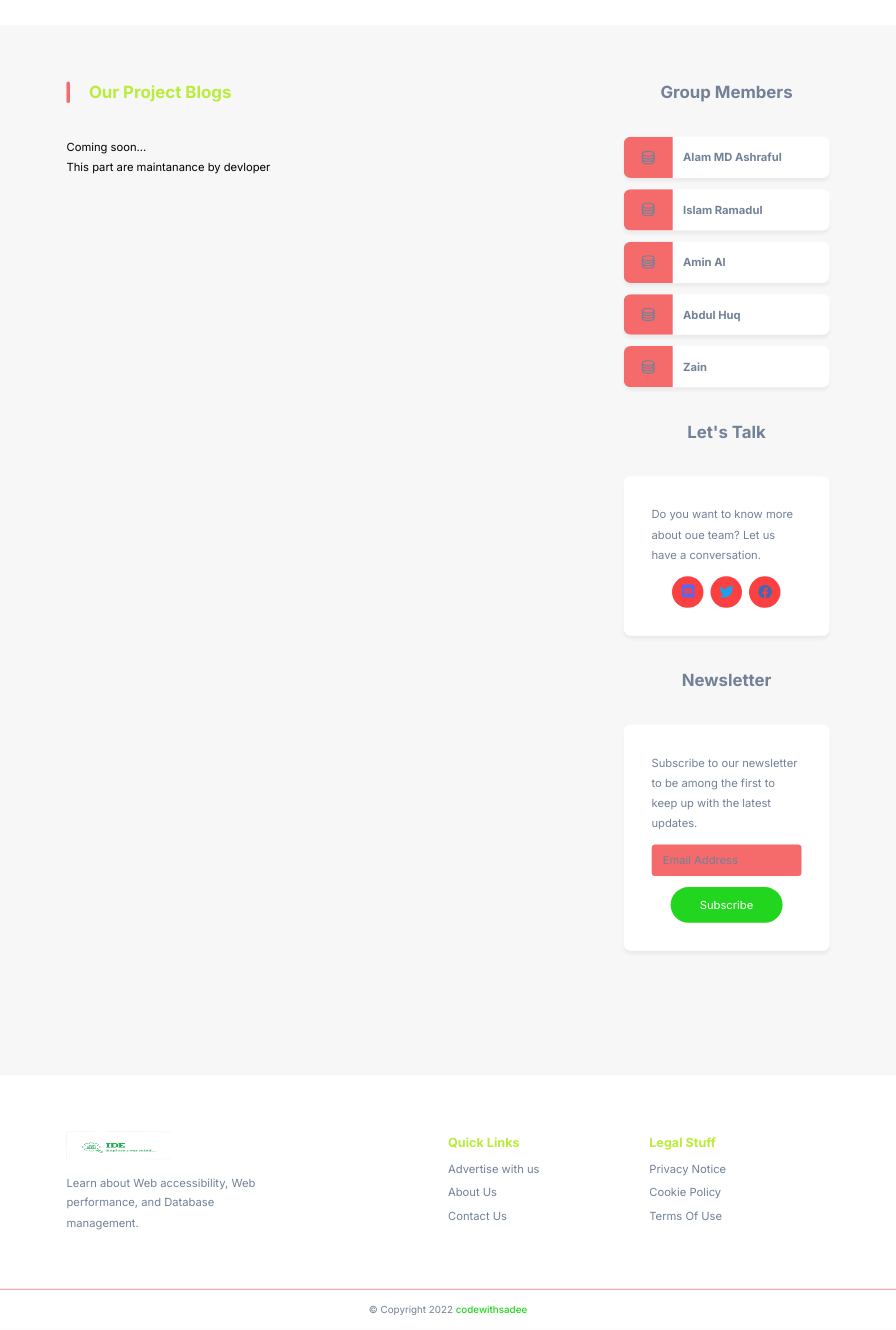
Repository: ramizraaz/zjuTeam
Page: main.html
An editor plug-in stored every save of this project. The page is shown before and after the next save, followed by the edit.
The browser window is 1280 px wide. The pictures show the part of the page from y = 515 to 2435 px (the page is 2415 px tall before and 2435 px after), at 70% of full size.
A picture or video elsewhere on the page could not be fetched, so the positions and the page height are approximate.

Above is the page before, as saved 2023-10-09 02:31:00.

### main.html
<!DOCTYPE html>
<html lang="en">

<head>
    <meta charset="UTF-8">
    <meta http-equiv="X-UA-Compatible" content="IE=edge">
    <meta name="viewport" content="width=device-width, initial-scale=1.0">
    <title>Team IDE at Zju,NB</title>

    <!--
    - favicon
  -->
    <link rel="shortcut icon" href="./assets/images/favicon.ico" type="image/x-icon">

    <!--
    - custom css link
  -->
    <link rel="stylesheet" href="main.css">

    <!--
    - google font link
  -->
    <link rel="preconnect" href="https://fonts.googleapis.com">
    <link rel="preconnect" href="https://fonts.gstatic.com" crossorigin>
    <link href="https://fonts.googleapis.com/css2?family=Inter:wght@400;500;600;700;900&display=swap" rel="stylesheet">
</head>

<body class="light-theme">

    <!--
    - #HEADER
  -->

    <header>

        <div class="container">

            <nav class="navbar">

                <a href="#">
                    <img src="img/teamLogo.png" alt="Team LoGo" width="150" height="80" class="logo-light">
                    <img src="./assets/images/logo-dark.svg" alt="Devblog's logo" width="150" height="40" class="logo-dark">
                </a>

                <div class="btn-group">

                    <button class="theme-btn theme-btn-mobile light">
            <ion-icon name="moon" class="moon"></ion-icon>
            <ion-icon name="sunny" class="sun"></ion-icon>
          </button>

                    <button class="nav-menu-btn">
            <ion-icon name="menu-outline"></ion-icon>
          </button>

                </div>

                <div class="flex-wrapper">

                    <ul class="desktop-nav">

                        <li>
                            <a href="#" class="nav-link">Home</a>
                        </li>

                        <li>
                            <a href="#" class="nav-link">About US</a>
                        </li>

                        <li>
                            <a href="#" class="nav-link">Contact US</a>
                        </li>

                    </ul>

                    <button class="theme-btn theme-btn-desktop light">
            <ion-icon name="moon" class="moon"></ion-icon>
            <ion-icon name="sunny" class="sun"></ion-icon>
          </button>

                </div>

                <div class="mobile-nav">

                    <button class="nav-close-btn">
            <ion-icon name="close-outline"></ion-icon>
          </button>

                    <div class="wrapper">

                        <p class="h3 nav-title">Main Menu</p>

                        <ul>
                            <li class="nav-item">
                                <a href="#" class="nav-link">Home</a>
                            </li>

                            <li class="nav-item">
                                <a href="#" class="nav-link">About Me</a>
                            </li>

                            <li class="nav-item">
                                <a href="#" class="nav-link">Contact</a>
                            </li>
                        </ul>

                    </div>
                </div>

            </nav>

        </div>

    </header>





    <main>

        <!--
      - #HERO SECTION
    -->

        <div class="hero">

            <div class="container">

                <div class="left">

                    <h1 class="h1">
                        Hi, We're <b>IDE&nbsp;Team</b>.
                        <br>at Zju,NB
                    </h1>

                    <p class="h3">
                        Your problems <abbr title="Accessibility">is</abbr> our opportunity
                    </p>

                    <div class="btn-group">
                        <a href="#" class="btn btn-primary">Contact us</a>
                        <a href="#" class="btn btn-secondary">About us</a>
                    </div>

                </div>

                <div class="right">

                    <div class="pattern-bg"></div>
                    <div class="img-box">
                        <img src="img/teamPhoto.jpg" alt="Group Photo" class="hero-img">
                    </div>

                </div>

            </div>

        </div>





        <div class="main">

            <div class="container">

                <!--
          - BLOG SECTION
        -->

                <div class="blog">

                    <h2 class="h2">Our Project Blogs</h2>
                    <p>Coming soon... <br> This part are maintanance by devloper</p>

                </div>





                <!--
          - ASIDE
        -->

                <div class="aside">

                    <div class="topics">

                        <h2 class="h2">Group Members</h2>

                        <a href="#" class="topic-btn">
                            <div class="icon-box">
                                <ion-icon name="server-outline"></ion-icon>
                            </div>

                            <p>Alam MD Ashraful</p>
                        </a>
                        <a href="#" class="topic-btn">
                            <div class="icon-box">
                                <ion-icon name="server-outline"></ion-icon>
                            </div>

                            <p>Islam Ramadul</p>
                        </a>
                        <a href="#" class="topic-btn">
                            <div class="icon-box">
                                <ion-icon name="server-outline"></ion-icon>
                            </div>

                            <p>Amin Al</p>
                        </a>
                        <a href="#" class="topic-btn">
                            <div class="icon-box">
                                <ion-icon name="server-outline"></ion-icon>
                            </div>

                            <p>Abdul Huq</p>
                        </a>
                        <a href="#" class="topic-btn">
                            <div class="icon-box">
                                <ion-icon name="server-outline"></ion-icon>
                            </div>

                            <p>Zain</p>
                        </a>

                    </div>
                    <div class="contact">

                        <h2 class="h2">Let's Talk</h2>

                        <div class="wrapper">

                            <p>
                                Do you want to know more about oue team? Let us have a conversation.
                            </p>

                            <ul class="social-link">

                                <li>
                                    <a href="#" class="icon-box discord">
                                        <ion-icon name="logo-discord"></ion-icon>
                                    </a>
                                </li>

                                <li>
                                    <a href="#" class="icon-box twitter">
                                        <ion-icon name="logo-twitter"></ion-icon>
                                    </a>
                                </li>

                                <li>
                                    <a href="#" class="icon-box facebook">
                                        <ion-icon name="logo-facebook"></ion-icon>
                                    </a>
                                </li>

                            </ul>

                        </div>

                    </div>

                    <div class="newsletter">

                        <h2 class="h2">Newsletter</h2>

                        <div class="wrapper">

                            <p>
                                Subscribe to our newsletter to be among the first to keep up with the latest updates.
                            </p>

                            <form action="#">
                                <input type="email" name="email" placeholder="Email Address" required>

                                <button type="submit" class="btn btn-primary">Subscribe</button>
                            </form>

                        </div>

                    </div>

                </div>

            </div>

        </div>

    </main>





    <!--
    - #FOOTER
  -->

    <footer>

        <div class="container">

            <div class="wrapper">

                <a href="#" class="footer-logo">
                    <img src="img/teamLogo.png" alt="Team Logo" width="150" height="40" class="logo-light">
                    <img src="img/teamLogo.png" alt="Team Logo" width="150" height="40" class="logo-dark">
                </a>

                <p class="footer-text">
                    Learn about Web accessibility, Web performance, and Database management.
                </p>

            </div>

            <div class="wrapper">

                <p class="footer-title">Quick Links</p>

                <ul>

                    <li>
                        <a href="#" class="footer-link">Advertise with us</a>
                    </li>

                    <li>
                        <a href="#" class="footer-link">About Us</a>
                    </li>

                    <li>
                        <a href="#" class="footer-link">Contact Us</a>
                    </li>

                </ul>

            </div>

            <div class="wrapper">

                <p class="footer-title">Legal Stuff</p>

                <ul>

                    <li>
                        <a href="#" class="footer-link">Privacy Notice</a>
                    </li>

                    <li>
                        <a href="#" class="footer-link">Cookie Policy</a>
                    </li>

                    <li>
                        <a href="#" class="footer-link">Terms Of Use</a>
                    </li>

                </ul>

            </div>

        </div>

        <p class="copyright">
            &copy; Copyright 2022 <a href="#">codewithsadee</a>
        </p>

    </footer>





    <!--
    - custom js link
  -->
    <script src="./assets/js/script.min.js"></script>

    <!--
    - ionicon link
  -->
    <script type="module" src="https://unpkg.com/ionicons@5.5.2/dist/ionicons/ionicons.esm.js"></script>
    <script nomodule src="https://unpkg.com/ionicons@5.5.2/dist/ionicons/ionicons.js"></script>
</body>

</html>

Loaded but not shown: js/script.min.js (common file); main.css (994 lines, source omitted)

After the next save:
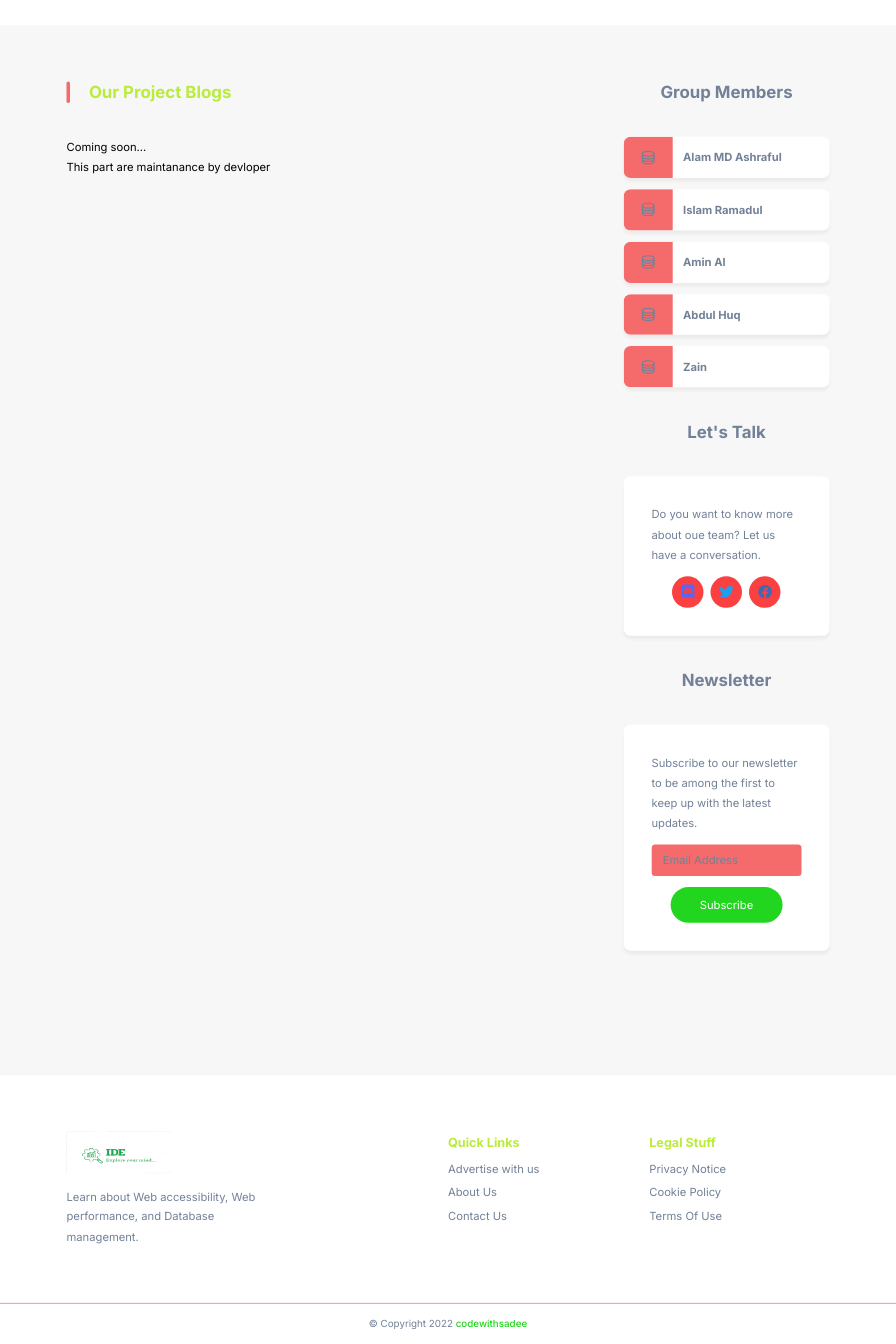
Saved 34 s later.
--- a/main.html
+++ b/main.html
@@ -307,7 +307,7 @@
             <div class="wrapper">
 
                 <a href="#" class="footer-logo">
-                    <img src="img/teamLogo.png" alt="Team Logo" width="150" height="40" class="logo-light">
+                    <img src="img/teamLogo.png" alt="Team Logo" width="150" height="60" class="logo-light">
                     <img src="img/teamLogo.png" alt="Team Logo" width="150" height="40" class="logo-dark">
                 </a>
 
